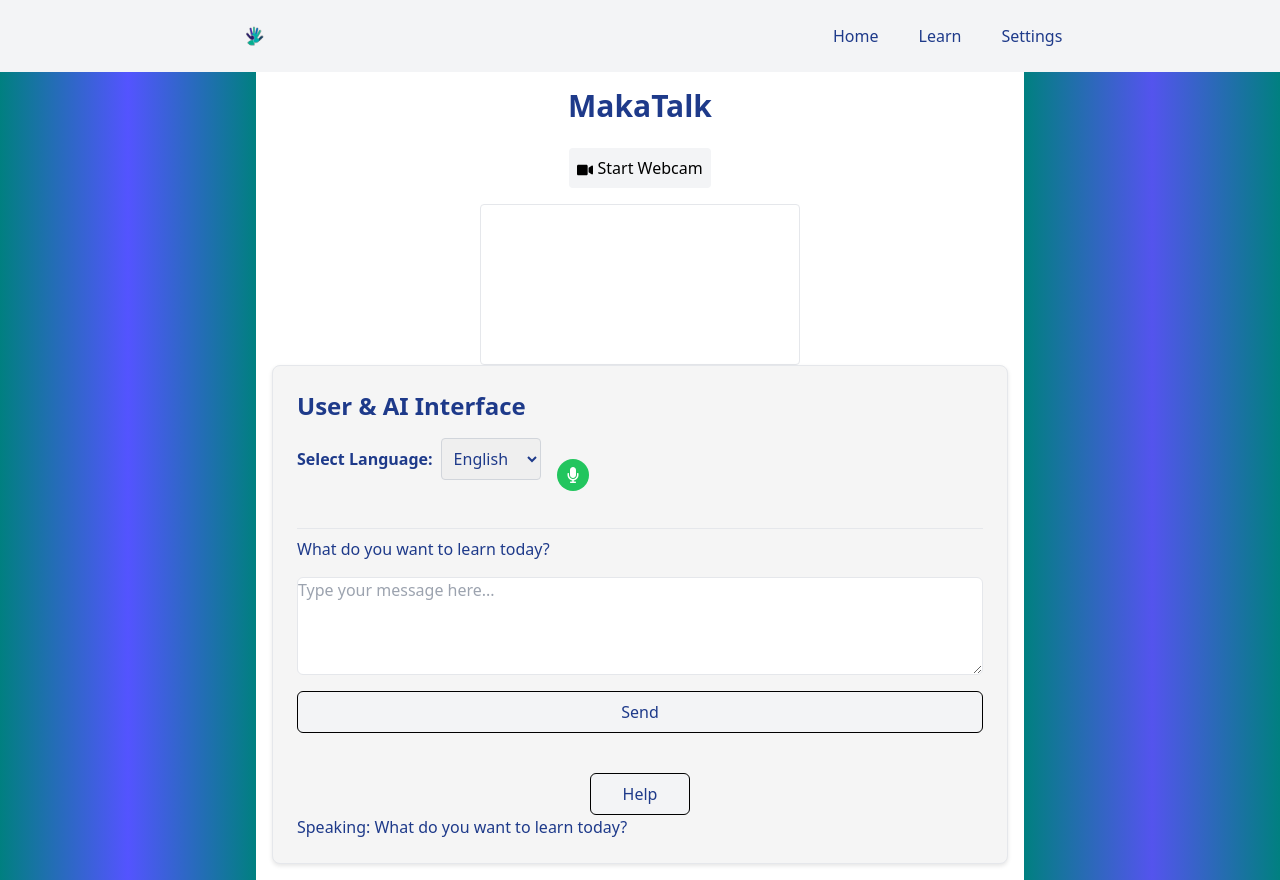
Repository: maria2469/MakaTalk
Page: /learn
These files come from the project's save history. The page is drawn as it stood at one moment and after the next save; the edit follows.
The browser window is 1280 px wide. The pictures show the whole page.
The page's requests for data from a server got no answer. The project was rebuilt for these pictures with package versions that can differ from the ones it lists, and the page was loaded fresh each time. No one was signed in, and anything a server would have sent is missing. Also part of the build but not shown: vite.config.js, src/components/LandingPage/Landing.jsx.

Above is the page before, as saved 2024-10-10 14:31:33.

After the next save:
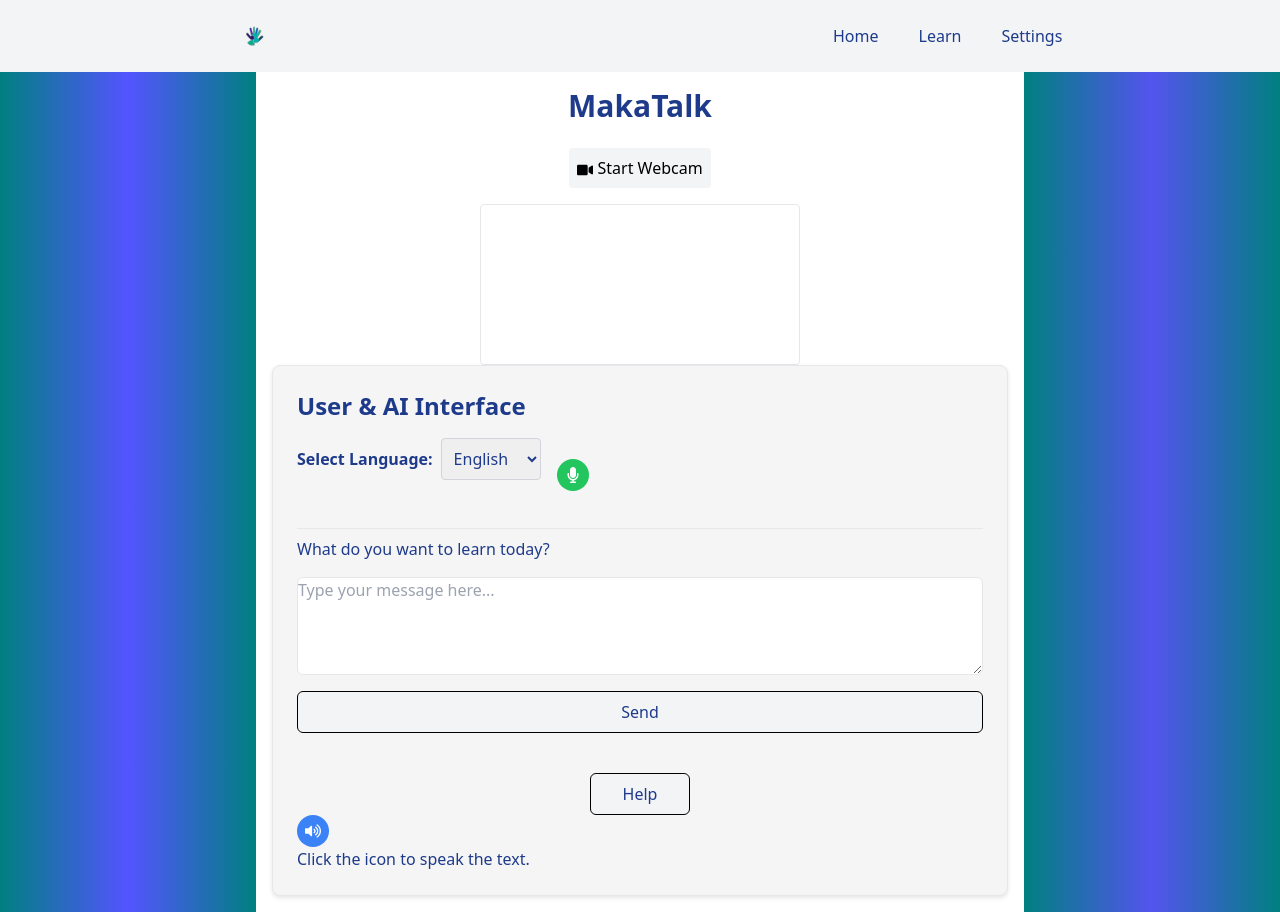
Saved 2 min 16 s later.
--- a/src/components/TextToSpeech/TextToSpeech.jsx
+++ b/src/components/TextToSpeech/TextToSpeech.jsx
@@ -1,7 +1,10 @@
-import React, { useEffect } from 'react';
+import React, { useEffect, useState } from 'react';
+import { FaVolumeUp } from 'react-icons/fa';
 
 const TextToSpeech = ({ text, selectedLanguage }) => {
-    useEffect(() => {
+    const [isSpeaking, setIsSpeaking] = useState(false);
+
+    const handleSpeak = () => {
         if (!text) return;
 
         // Initialize speech synthesis
@@ -11,6 +14,16 @@ const TextToSpeech = ({ text, selectedLanguage }) => {
         // Set language for speech synthesis
         utterance.lang = selectedLanguage;
 
+        // Set speaking state to true when speaking starts
+        utterance.onstart = () => {
+            setIsSpeaking(true);
+        };
+
+        // Reset speaking state when speaking ends
+        utterance.onend = () => {
+            setIsSpeaking(false);
+        };
+
         // Cancel any ongoing speech before starting a new one
         if (synth.speaking) {
             synth.cancel();
@@ -18,16 +31,22 @@ const TextToSpeech = ({ text, selectedLanguage }) => {
 
         // Start speaking
         synth.speak(utterance);
-
-        // Cleanup when the component is unmounted or text changes
-        return () => {
-            synth.cancel();
-        };
-    }, [text, selectedLanguage]); // Run when text or language changes
+    };
 
     return (
-        <div>
-            <p>Speaking: {text}</p>
+        <div className="text-to-speech">
+            <button
+                onClick={handleSpeak}
+                className={`p-2 rounded-full ${isSpeaking ? 'bg-gray-500' : 'bg-blue-500'} text-white`}
+                disabled={isSpeaking}
+            >
+                <FaVolumeUp />
+            </button>
+            {isSpeaking ? (
+                <p>Speaking: {text}</p>
+            ) : (
+                <p>Click the icon to speak the text.</p>
+            )}
         </div>
     );
 };
